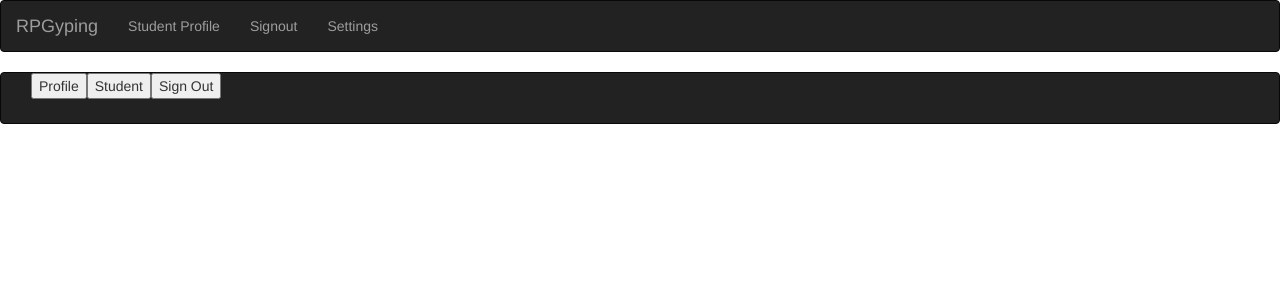
Repository: Acliu1498/RPGyping
Page: http://localhost/php/battleMaster.php
The author's editor kept a record of every edit. The page is drawn from the files as they stood at one moment, then again after the next edit.
The browser window is 1280 px wide. The pictures show the whole page.
The page is run by PHP 8.4 with error messages shown; the project is at /var/www/html/.

Above is the page before.

### php/battleMaster.php
<?php session_start(); ?>
<html lang="en">
<head>
  <meta charset="utf-8">
  <meta name="viewport" content="width=device-width, initial-scale=1">
  <link rel="stylesheet" href="https://maxcdn.bootstrapcdn.com/bootstrap/3.3.7/css/bootstrap.min.css">
  <script src="https://ajax.googleapis.com/ajax/libs/jquery/3.3.1/jquery.min.js"></script>
  <script src="https://maxcdn.bootstrapcdn.com/bootstrap/3.3.7/js/bootstrap.min.js"></script>
</head>
    <body>

    <audio id="background" controls autoplay loop="loop" hidden="true">
      <source src="../Music/Metal.mp3" type="audio/mpeg">
    </audio>


    <nav class="navbar navbar-inverse">
      <div class="container-fluid">
        <div class="navbar-header">
          <a class="navbar-brand" href="#">RPGyping</a>
        </div>
        <ul class="nav navbar-nav">
          <!--<li><a href="../php/Teacher_Profile.php">Teacher Profile</a></li>-->
          <li><a href="../php/Student_Profile.php">Student Profile</a></li>
          <li><a href="../php/SignOutStudent.php">Signout</a></li>
          <li><a href="../php/Settings.php">Settings</a></li>
        </ul>
      </div>
    </nav>
    <nav class="navbar navbar-inverse">
      <div class="container-fluid">
        <div class="navbar-header">
          <a class="navbar-brand" href="#"></a>
        </div>
        <ul class="nav navbar-nav">
          <li><button class="button1" onclick="window.location='../php/Student_Profile.php'">Profile</button></li>
          <li><button class="button2" onclick="window.location='../php/SignOutStudent.php'">Student</button></li>
          <li><button class="button3" onclick="window.location='../php/SignOutStudent.php'">Sign Out</button></li>
        </ul>
      </div>
    </nav>
    </body>
    </body>
</html>

After the next edit:
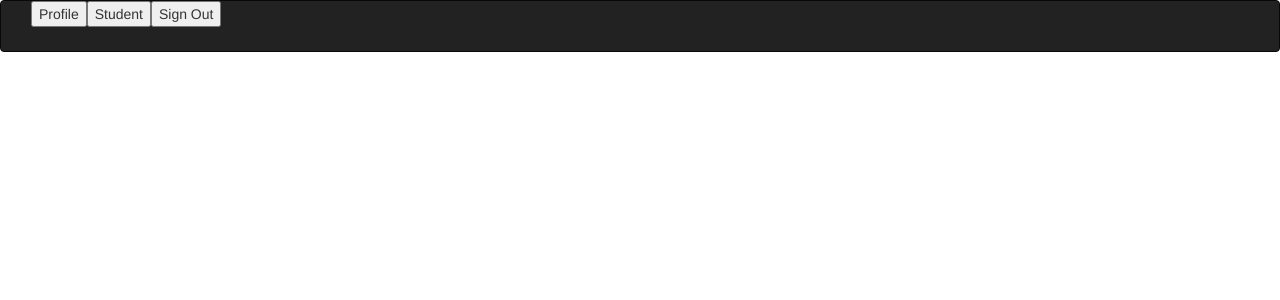
The edit:
--- a/php/battleMaster.php
+++ b/php/battleMaster.php
@@ -13,20 +13,6 @@
       <source src="../Music/Metal.mp3" type="audio/mpeg">
     </audio>
 
-
-    <nav class="navbar navbar-inverse">
-      <div class="container-fluid">
-        <div class="navbar-header">
-          <a class="navbar-brand" href="#">RPGyping</a>
-        </div>
-        <ul class="nav navbar-nav">
-          <!--<li><a href="../php/Teacher_Profile.php">Teacher Profile</a></li>-->
-          <li><a href="../php/Student_Profile.php">Student Profile</a></li>
-          <li><a href="../php/SignOutStudent.php">Signout</a></li>
-          <li><a href="../php/Settings.php">Settings</a></li>
-        </ul>
-      </div>
-    </nav>
     <nav class="navbar navbar-inverse">
       <div class="container-fluid">
         <div class="navbar-header">
